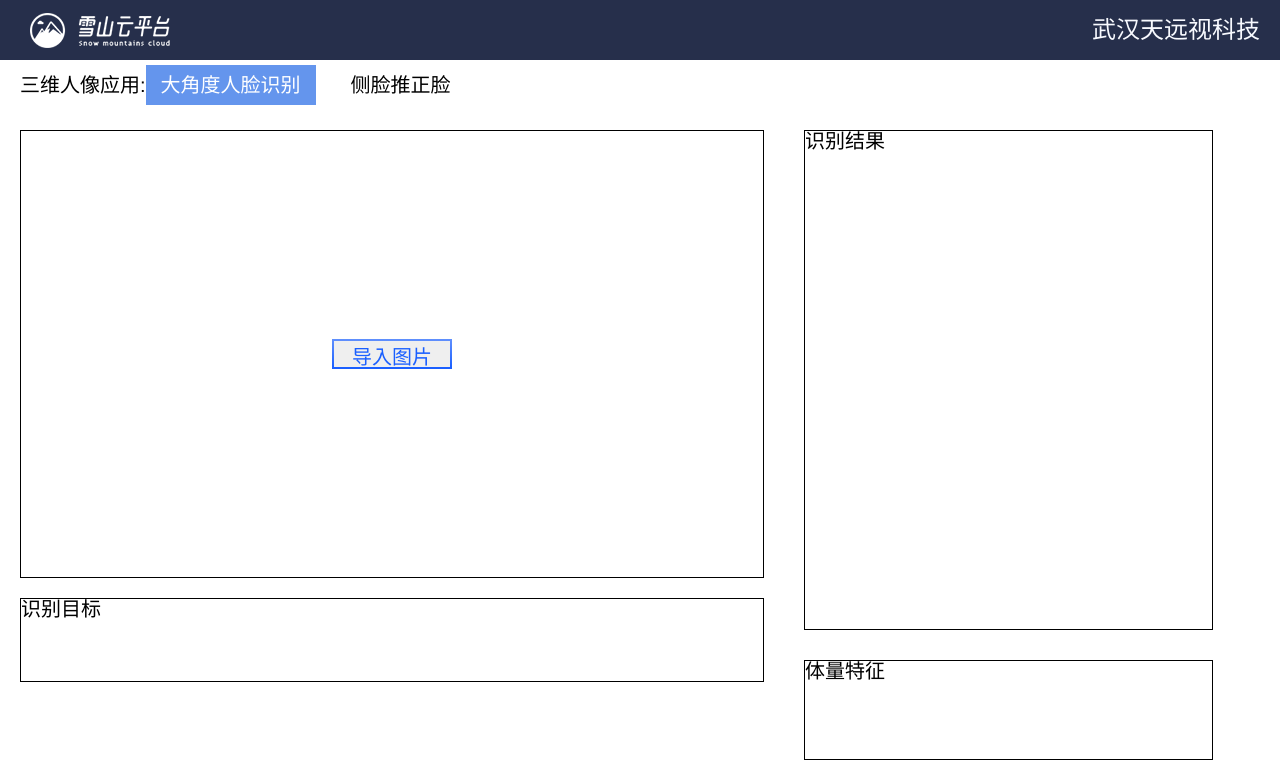
Repository: fyt2020/pubilcDemlo
Page: /
These files come from the project's save history. The page is drawn as it stood at one moment and after the next save; the edit follows.
The browser window is 1280 px wide. The pictures show the whole page.
The project was rebuilt for these pictures with package versions that can differ from the ones it lists, and the page was loaded fresh each time.

Above is the page before, as saved 2020-04-28 10:24:42.

After the next save:
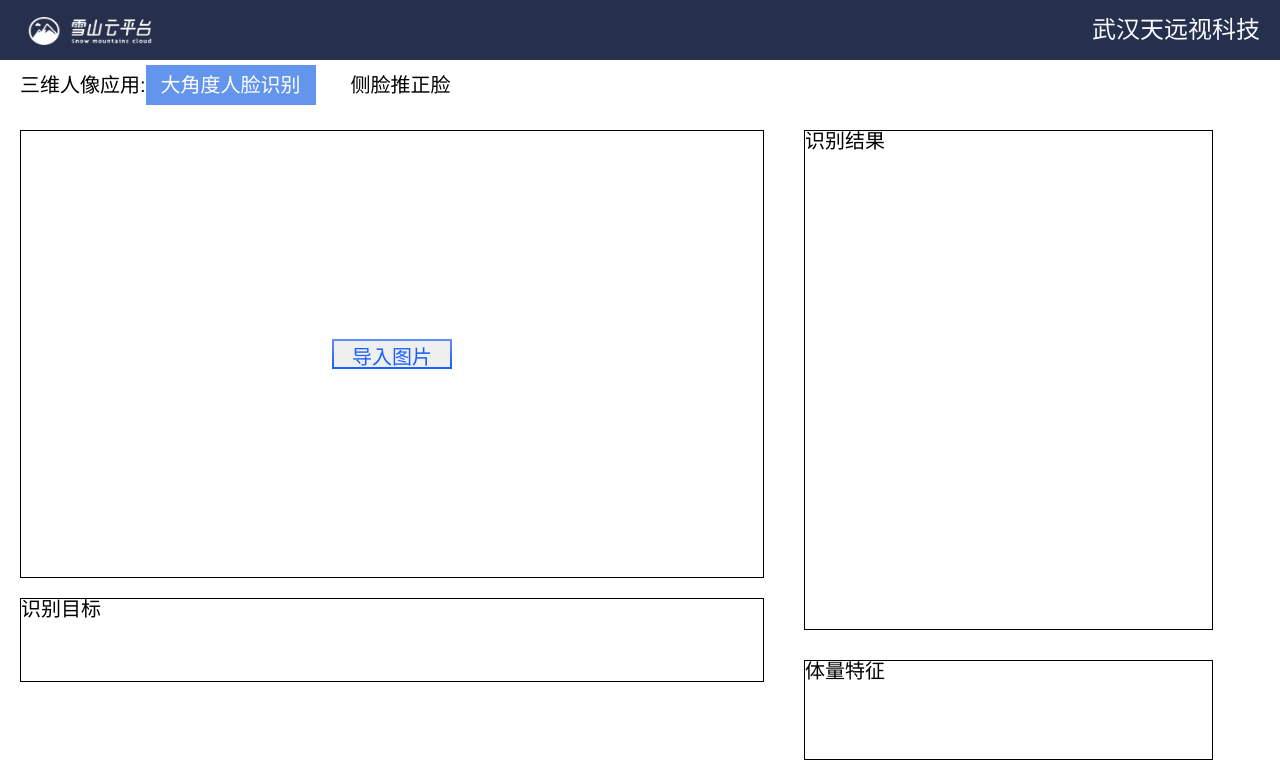
Saved 7 s later.
--- a/src/pages/Home.vue
+++ b/src/pages/Home.vue
@@ -2,7 +2,7 @@
   <div class="home">
       <div class="header">
            <div class="header__left">
-                <img src="../assets/img/logo1.png" alt="">
+                <img src="../assets/img/logo1.png" alt="" class="logo_img">
 
            </div>
            <div class="header__right">
